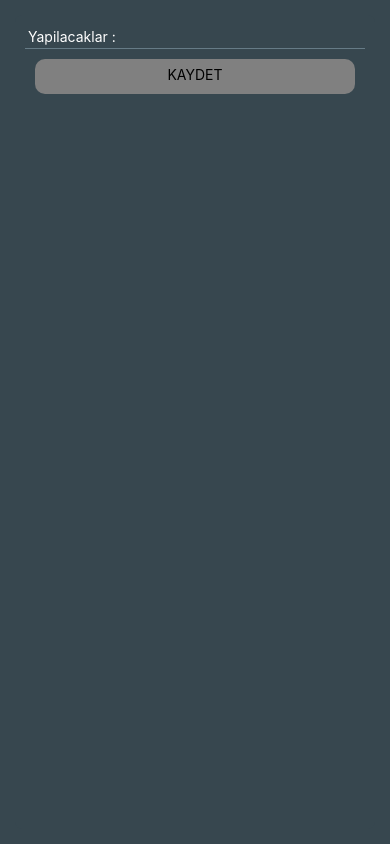
Repository: dumankedi/ToDo
Screen: /
An editor plug-in stored every save of this project. The screen is shown before and after the next save, followed by the edit.
The app was drawn by React Native's web renderer in a window 390 px wide. The project was rebuilt for these pictures with package versions that can differ from the ones it lists, and the page was loaded fresh each time.

Above is the screen before, as saved 2023-03-06 13:34:50.

After the next save:
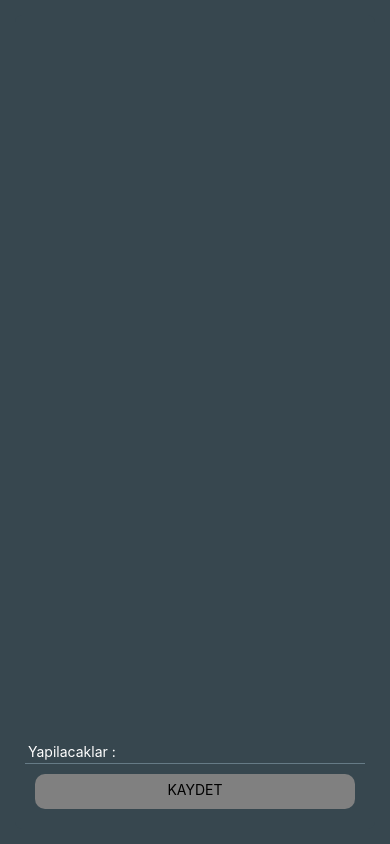
Saved 30 s later.
--- a/src/components/SaveToDo/SaveToDo.style.js
+++ b/src/components/SaveToDo/SaveToDo.style.js
@@ -1,40 +1,41 @@
 /* eslint-disable prettier/prettier */
-import { StyleSheet } from 'react-native';
+import {StyleSheet} from 'react-native';
 
 export default StyleSheet.create({
   container: {
     flex: 1,
-     margin:15,
-        backgroundColor:'#37474f',
-        borderRadius:7,
-        padding:10,
+    margin: 15,
+    backgroundColor: '#37474f',
+    borderRadius: 7,
+    padding: 10,
+    justifyContent: 'flex-end'
   },
   textInput: {
-        borderBottomWidth:1,
-        borderBottomColor:'#667b86',
-        padding:3,
-        color:'#808080',
-    },
-    textInput1: {
-        borderBottomWidth:1,
-        borderBottomColor:'#667b86',
-        padding:3,
-        color:'white',
-    },
-    btn:{
-        height:35,
-        margin:(0,10,0,10),
-        alignItems:'center',
-        padding:7,
-        borderRadius:10,
-        backgroundColor:'#808080',
-    },
-    btn1:{
-        height:35,
-        margin:(0,10,0,10),
-        alignItems:'center',
-        padding:7,
-        borderRadius:10,
-        backgroundColor:'#ffa500',
-    },
+    borderBottomWidth: 1,
+    borderBottomColor: '#667b86',
+    padding: 3,
+    color: '#808080',
+  },
+  textInput1: {
+    borderBottomWidth: 1,
+    borderBottomColor: '#667b86',
+    padding: 3,
+    color: 'white',
+  },
+  btn: {
+    height: 35,
+    margin: (0, 10, 0, 10),
+    alignItems: 'center',
+    padding: 7,
+    borderRadius: 10,
+    backgroundColor: '#808080',
+  },
+  btn1: {
+    height: 35,
+    margin: (0, 10, 0, 10),
+    alignItems: 'center',
+    padding: 7,
+    borderRadius: 10,
+    backgroundColor: '#ffa500',
+  },
 });
